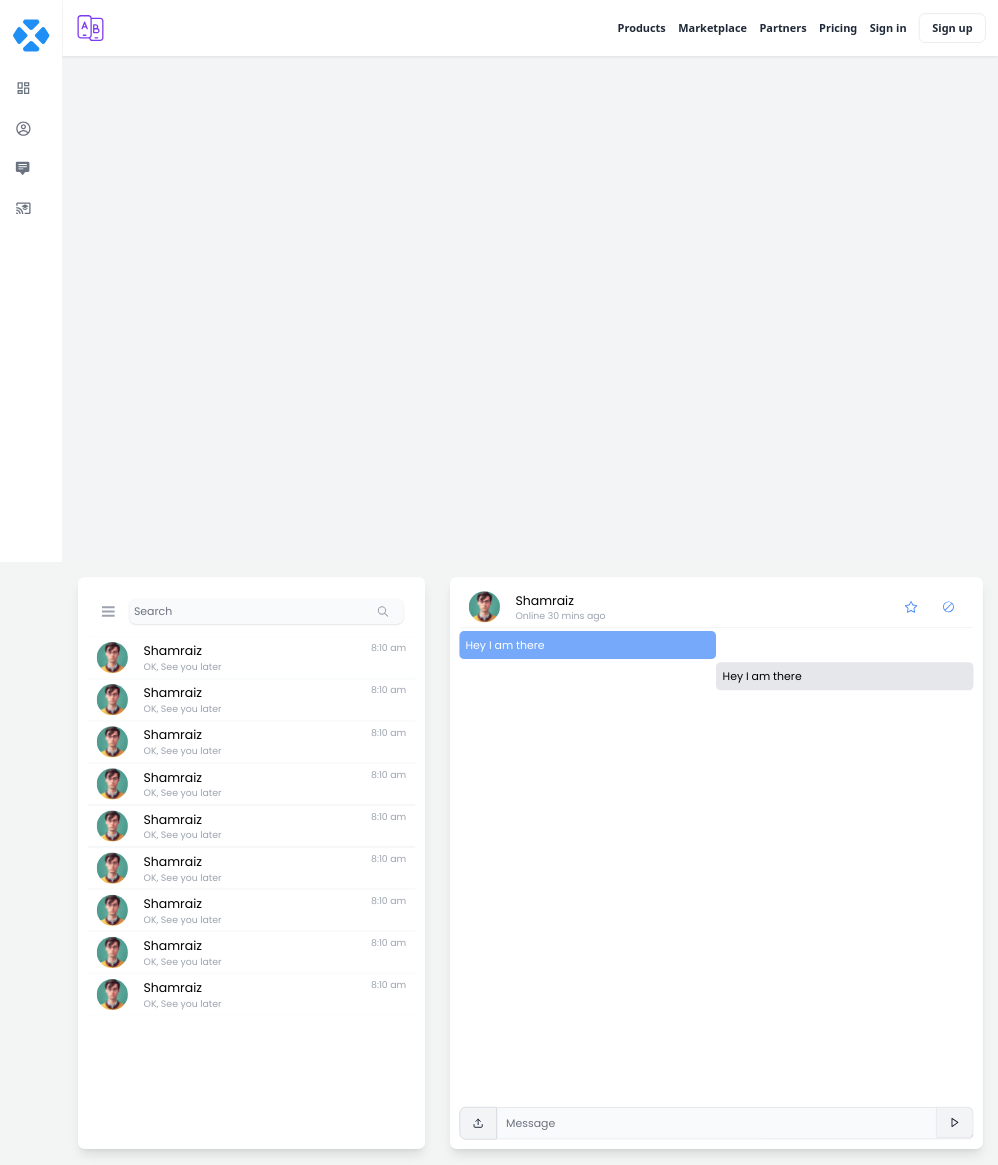
Repository: Shamraiz761/Frontend-Assessment
Page: /chat
The author's editor kept a copy of each file at every save. The page is drawn from the files as they stood at one save, then again after the next save.
The browser window is 1280 px wide. The pictures show the whole page, at 78% of full size.
The project was rebuilt for these pictures with package versions that can differ from the ones it lists, and the page was loaded fresh each time. Also part of the build but not shown: vite.config.js, src/routes/root.jsx, src/pages/orders/index.jsx, src/pages/submission/index.jsx, src/pages/admin/index.css, src/components/admin/card.jsx, src/components/admin/addCard.jsx, src/pages/admin/index.jsx and 3 more. Imported but missing from the stored project, and not drawn on this page: src/pages/auth/login, src/pages/tasks, src/routes/profileLayout.

Above is the page before, as saved 2023-07-06 13:47:08.

### src/main.jsx
import ReactDOM from 'react-dom/client'

import React from 'react'

import App from './App.jsx'
import './index.css'

ReactDOM.createRoot(document.getElementById('root')).render(
  <React.StrictMode>
    <App />
  </React.StrictMode>,
)

### src/App.jsx
import React from 'react'
import { DndProvider } from 'react-dnd'
import { HTML5Backend } from 'react-dnd-html5-backend'
import 'flowbite'

import AppRoutes from './routes'

export default function App() {
  return (
    <DndProvider backend={HTML5Backend}>
      <AppRoutes />
    </DndProvider>
  )
}

### src/index.css
@import url("https://fonts.googleapis.com/css2?family=Poppins:wght@400;500;600;700;800;900&display=swap");

@tailwind base;
@tailwind components;
@tailwind utilities;

* {
  margin: 0;
  padding: 0;
}

body {
  margin: 0;
  font-family: "Poppins", -apple-system, BlinkMacSystemFont, "Segoe UI",
    "Roboto", "Oxygen", "Ubuntu", "Cantarell", "Fira Sans", "Droid Sans",
    "Helvetica Neue", sans-serif;
  -webkit-font-smoothing: antialiased;
  -moz-osx-font-smoothing: grayscale;
  width: 100vw;
  overflow-x: hidden;
  background-color: #f2f5f3;
  /* background: linear-gradient(180deg, #faefe8 0%, #edc7ac 100%); */
}

code {
  font-family: source-code-pro, Menlo, Monaco, Consolas, "Courier New",
    monospace;
}

.pointer-cursor {
  cursor: pointer;
}

.cusBorder {
  border: 1px solid #000;
  border-radius: 5px;
}

img {
  cursor: pointer;
}
.errors {
  color: #dc3545;
  padding: 0;
  margin: 0;
  font-size: 12px;
}
.loader {
  position: fixed;
  top: 0;
  bottom: 0;
  left: 0;
  right: 0;
  background-color: rgba(47, 151, 161, 0.32);

  display: flex;
  justify-content: center;
  align-items: center;
}

.link {
  color: #000;
  cursor: pointer;
  text-decoration: none;
}
.link:hover {
  color: #000;
}

.trans-btn {
  background-color: transparent;
  border: none;
}
.profile-logout-btn {
  border: 0;
}
.profile-logout-btn:hover {
  border: 0;
}
.profile-btn {
  border-radius: 0;
  border: 0;
}
.logout-btn {
  border-radius: 0;
  border: 0;
}
.logout-btn:hover {
  background-color: rgba(220, 53, 69, 0.5);
  border: 0;
  color: #fff;
}
.breadcrumbs ul {
  list-style: none;
  display: inline-block;
}

.breadcrumbs ul li {
  display: inline;
}

.breadcrumbs ul li .bc-link {
  /* display: block; */
  width: max-content;
  background-color: #f8f9fa;
  padding: 6px 15px 6px 25px;
  text-align: center;
  position: relative;
  margin: 0 10px 0 0;
  font-size: 15px;
  text-decoration: none;
  color: #000;
}
.breadcrumbs ul li .bc-link::after {
  content: "";
  border-top: 17px solid transparent;
  border-bottom: 17px solid transparent;
  border-left: 17px solid #f8f9fa;
  position: absolute;
  top: 0;
  right: -17px;
  z-index: 1;
}
.breadcrumbs ul li .bc-link::before {
  content: "";
  border-top: 17px solid transparent;
  border-bottom: 17px solid transparent;
  border-left: 17px solid #71cdd5;
  position: absolute;
  top: 0;
  left: 0;
}
.breadcrumbs ul li:first-child .bc-link {
  border-top-left-radius: 5px;
  border-bottom-left-radius: 5px;
}
.breadcrumbs ul li:first-child .bc-link::before {
  display: none;
}

.breadcrumbs ul li:last-child .bc-link {
  padding-right: 20px;
  border-top-right-radius: 5px;
  border-bottom-right-radius: 5px;
}
.breadcrumbs ul li:last-child .bc-link::after {
  display: none;
}

@media screen and (max-width: 500px) {
  .breadcrumbs ul li .bc-link {
    /* display: block; */
    padding: 2px 2px 2px 13px;
    /* margin: 0 10px 0 0; */
    font-size: 14px;
  }

  .breadcrumbs ul li .bc-link::after {
    content: "";
    border-top: 11.6px solid transparent;
    border-bottom: 11.6px solid transparent;
    border-left: 11.6px solid #f8f9fa;
    position: absolute;
    top: 0;
    right: -11.6px;
    z-index: 1;
  }
  .breadcrumbs ul li .bc-link::before {
    content: "";
    border-top: 11.6px solid transparent;
    border-bottom: 11.6px solid transparent;
    border-left: 11.6px solid #71cdd5;
    position: absolute;
    top: 0;
    left: 0;
  }
  .breadcrumbs ul li:last-child .bc-link {
    padding-right: 5px;
  }
}

@media screen and (max-width: 350px) {
  .breadcrumbs ul li .bc-link {
    /* display: block; */
    padding: 2px 2px 2px 12px;
    /* margin: 0 10px 0 0; */
    font-size: 10px;
  }

  .breadcrumbs ul li .bc-link::after {
    content: "";
    border-top: 9px solid transparent;
    border-bottom: 9px solid transparent;
    border-left: 9px solid #f8f9fa;
    position: absolute;
    top: 0;
    right: -9px;
    z-index: 1;
  }
  .breadcrumbs ul li .bc-link::before {
    content: "";
    border-top: 9px solid transparent;
    border-bottom: 9px solid transparent;
    border-left: 9px solid #edc7ac;
    position: absolute;
    top: 0;
    left: 0;
  }
  .breadcrumbs ul li:last-child .bc-link {
    padding-right: 5px;
  }
}

/* ********************************************** */

### src/routes/index.jsx
import {
  createBrowserRouter,
  createRoutesFromElements,
  RouterProvider,
  Route,
} from "react-router-dom";

import * as React from "react";

import Layout from "./layout";
import Root from "./root";

import Login from "../pages/auth/login";
import Chat from "../pages/chat";
import UserChat from "../components/chat/userChat";
import ProfileLayout from "./profileLayout";
import Tasks from "../pages/tasks";
import Orders from "../pages/orders";
import Submission from "../pages/submission";
import Admin from "../pages/admin";
import MarketPlace from "../pages/marketplace";
import View from "../pages/view";

export default function AppRoutes() {
  const router = createBrowserRouter(
    createRoutesFromElements(
      <Route>
        <Route path="/login" element={<Login />} />

        <Route element={<Layout />}>
          <Route path="/chat" element={<Chat />}>
            <Route path="userchat" element={<UserChat />} />
          </Route>
          <Route path="/marketplace" element={<MarketPlace />} />
          <Route path="/view" element={<View />} />

          <Route path={"/"} element={<ProfileLayout />}>
            {/* Add Task order payment submit route here */}
            <Route path="/admin" element={<Admin />} />
            <Route path="/" element={<Tasks />} />
            <Route path="/orders" element={<Orders />} />
            <Route path="/tasks" element={<Tasks />} />
            <Route path="/submission" element={<Submission />} />
          </Route>
        </Route>
      </Route>
    )
  );

  return <RouterProvider router={router} />;
}

### src/pages/chat/index.jsx
import { VscThreeBars } from "react-icons/vsc";

import React from "react";

import UserChat from "../../components/chat/userChat";
import ChatsCard from "../../components/chat/chatsCard";

function Chat() {
  return (
    <div className="m-5 grid grid-cols-1 md:grid-cols-5  gap-8 flex-wrap">
      <div className="col-span-1 md:col-span-2 p-3 bg-white rounded-lg shadow-lg min-h-screen">
        <form className="m-4">
          <div className="flex items-center">
            <VscThreeBars className=" mr-4   rounded-lg text-gray-400 cursor-pointer text-2xl" />
            <div className="relative w-full  ">
              <input
                type="search"
                id='location-search"'
                className=" p-1.5 w-full focus:ring-gray-300  z-20 text-sm text-gray-200 bg-gray-50 shadow rounded-lg"
                placeholder="Search"
                required
                style={{ border: "none", outline: "none" }}
              />

              <button
                type="submit"
                className="absolute top-0 right-0 p-1.5 text-sm font-medium text-gray-400  rounded-r-lg   "
              >
                <svg
                  aria-hidden="true"
                  className="w-4 h-4 mr-3 mt-0.5"
                  fill="none"
                  stroke="currentColor"
                  viewBox="0 0 24 24"
                  xmlns="http://www.w3.org/2000/svg"
                >
                  <path
                    strokeLinecap="round"
                    strokeLinejoin="round"
                    strokeWidth={2}
                    d="M21 21l-6-6m2-5a7 7 0 11-14 0 7 7 0 0114 0z"
                  />
                </svg>
                <span className="sr-only">Search</span>
              </button>
            </div>
          </div>
        </form>
        <ChatsCard />
        <ChatsCard />
        <ChatsCard />
        <ChatsCard />
        <ChatsCard />
        <ChatsCard />
        <ChatsCard />
        <ChatsCard />
        <ChatsCard />
      </div>

      <UserChat />
    </div>
  );
}

export default Chat;

### src/components/chat/userChat.jsx
import { VscCircleSlash } from "react-icons/vsc";
import { BsStar } from "react-icons/bs";
import { FiUpload } from "react-icons/fi";
import { BiRightArrow } from "react-icons/bi";

import React from "react";

import Profile from "../../assets/images/profilePic.jpg";

function UserChat() {
  return (
    <div className="col-span-1 md:col-span-3 p-3  bg-white rounded-lg shadow-lg overflow-y">
      {" "}
      <div className="flex flex-row  px-3 py-1.5  border-b border-gray-100 rounded-sm ">
        <img src={Profile} className="h-10 w-10 rounded-full" />
        <div className="ml-5 flex flex-row justify-between w-full ">
          <div>
            {" "}
            <h1>Shamraiz</h1>{" "}
            <p className="text-xs font-thin text-gray-400">
              Online 30 mins ago
            </p>
          </div>
          <div className="flex flex-row items-center">
            <BsStar className="text-blue-500 mr-8" />
            <VscCircleSlash className="text-blue-500 mr-3" />
          </div>
        </div>
      </div>
      <div className="chats ">
        <p className="text-sm bg-blue-400 rounded-md my-1 p-2 text-white flex flex-col  justify-end w-1/2">
          Hey I am there
        </p>

        <p className="text-sm bg-gray-200 rounded-md p-2  flex flex-col float-right justify-end w-1/2">
          Hey I am there
        </p>
      </div>
      <div
        className="flex flex-col w-full  justify-end "
        style={{ height: "80vh" }}
      >
        <form className=" ">
          <div className="flex">
            <button
              id="dropdown-button"
              data-dropdown-toggle="dropdown"
              className="flex-shrink-0 z-10 inline-flex items-center py-2.5 px-4 text-sm font-medium text-center text-gray-900 bg-gray-100 border border-gray-300 dark:border-gray-700 dark:text-white rounded-l-lg hover:bg-gray-200  focus:outline-none "
              type="button"
            >
              <FiUpload />
            </button>
            <div
              id="dropdown"
              className="z-10 hidden bg-white divide-y divide-gray-100 rounded-lg shadow w-44 dark:bg-gray-700"
            >
              <ul
                className="py-2 text-sm text-gray-700 dark:text-gray-200"
                aria-labelledby="dropdown-button"
              >
                <li>
                  <a
                    href="#"
                    className="block px-4 py-2 hover:bg-gray-100 dark:hover:bg-gray-600 dark:hover:text-white"
                  >
                    Photo
                  </a>
                </li>
                <li>
                  <a
                    href="#"
                    className="block px-4 py-2 hover:bg-gray-100 dark:hover:bg-gray-600 dark:hover:text-white"
                  >
                    Vedio
                  </a>
                </li>
                <li>
                  <a
                    href="#"
                    className="block px-4 py-2 hover:bg-gray-100 dark:hover:bg-gray-600 dark:hover:text-white"
                  >
                    Document
                  </a>
                </li>
                <li>
                  <a
                    href="#"
                    className="block px-4 py-2 hover:bg-gray-100 dark:hover:bg-gray-600 dark:hover:text-white"
                  >
                    Finance
                  </a>
                </li>
              </ul>
            </div>
            <div className="relative w-full">
              <input
                type="search"
                id="search-dropdown"
                className="block p-2.5 w-full z-20 text-sm text-gray-900 bg-gray-50 rounded-r-lg border-l-gray-100 border-l-2 border border-gray-300 focus:ring-blue-500 focus:border-blue-500 dark:bg-gray-700 dark:border-gray-600 dark:placeholder-gray-400 dark:text-white dark:focus:border-blue-500"
                placeholder="Message"
              />
              <button
                type="submit"
                className="absolute top-0 right-0 z-10 py-3 px-4 text-sm font-medium text-gray-900 bg-gray-100 rounded-r-lg border "
              >
                <BiRightArrow />
              </button>
            </div>
          </div>
        </form>
      </div>
    </div>
  );
}

export default UserChat;

### src/routes/index.css
.sidebar {
    transition: all 0.2s ease-in;
}
.hidden-link {
    transition: all 1s ease-in;
}

### src/components/header/index.jsx
import { IoIosNotifications } from "react-icons/io";
import { Dropdown } from "flowbite-react";
import { CgProfile } from "react-icons/cg";

import React from "react";
import { Link } from "react-router-dom";

function Header() {
  const [notification, setNotification] = React.useState(false);
  const [profile, setProfile] = React.useState(false);

  return (
    <div>
      {/* component */}

      <div class="bg-gray-100 font-sans w-full min-h-screen m-0">
        <div class="bg-white shadow">
          <div class="container mx-auto px-4">
            <div class="flex items-center justify-between py-4">
              <div>
                <svg
                  xmlns="http://www.w3.org/2000/svg"
                  class="w-10 h-10 text-purple-600"
                  viewBox="0 0 24 24"
                >
                  <path
                    fill="currentColor"
                    d="M14.5,16 C14.2238576,16 14,15.7761424 14,15.5 L14,9.5 C14,9.22385763 14.2238576,9 14.5,9 L16,9 C17.1045695,9 18,9.8954305 18,11 C18,11.4116588 17.8756286,11.7942691 17.6624114,12.1123052 C18.4414283,12.3856578 19,13.1275982 19,14 C19,15.1045695 18.1045695,16 17,16 L14.5,16 Z M15,15 L17,15 C17.5522847,15 18,14.5522847 18,14 C18,13.4477153 17.5522847,13 17,13 L15,13 L15,15 Z M15,12 L16,12 C16.5522847,12 17,11.5522847 17,11 C17,10.4477153 16.5522847,10 16,10 L15,10 L15,12 Z M12.9499909,4 L19.5,4 C20.8807119,4 22,5.11928813 22,6.5 L22,19.5 C22,20.8807119 20.8807119,22 19.5,22 L13.5,22 C12.2700325,22 11.2475211,21.1117749 11.0389093,19.9417682 C10.8653433,19.9799013 10.6850188,20 10.5,20 L4.5,20 C3.11928813,20 2,18.8807119 2,17.5 L2,4.5 C2,3.11928813 3.11928813,2 4.5,2 L10.5,2 C11.709479,2 12.7183558,2.85887984 12.9499909,4 Z M13,5 L13,17.5 C13,18.3179089 12.6072234,19.0440799 12,19.5001831 C12.0000989,20.3285261 12.6716339,21 13.5,21 L19.5,21 C20.3284271,21 21,20.3284271 21,19.5 L21,6.5 C21,5.67157288 20.3284271,5 19.5,5 L13,5 Z M8.56005566,11.4964303 C8.54036595,11.4987873 8.52032459,11.5 8.5,11.5 L6.5,11.5 C6.47967541,11.5 6.45963405,11.4987873 6.43994434,11.4964303 L5.96423835,12.6856953 C5.86168164,12.9420871 5.57069642,13.066795 5.31430466,12.9642383 C5.0579129,12.8616816 4.93320495,12.5706964 5.03576165,12.3143047 L7.03576165,7.31430466 C7.20339081,6.89523178 7.79660919,6.89523178 7.96423835,7.31430466 L9.96423835,12.3143047 C10.066795,12.5706964 9.9420871,12.8616816 9.68569534,12.9642383 C9.42930358,13.066795 9.13831836,12.9420871 9.03576165,12.6856953 L8.56005566,11.4964303 Z M8.16148352,10.5 L7.5,8.8462912 L6.83851648,10.5 L8.16148352,10.5 Z M10.5,3 L4.5,3 C3.67157288,3 3,3.67157288 3,4.5 L3,17.5 C3,18.3284271 3.67157288,19 4.5,19 L10.5,19 C11.3284271,19 12,18.3284271 12,17.5 L12,4.5 C12,3.67157288 11.3284271,3 10.5,3 Z M6.5,18 C6.22385763,18 6,17.7761424 6,17.5 C6,17.2238576 6.22385763,17 6.5,17 L8.5,17 C8.77614237,17 9,17.2238576 9,17.5 C9,17.7761424 8.77614237,18 8.5,18 L6.5,18 Z M15.5,20 C15.2238576,20 15,19.7761424 15,19.5 C15,19.2238576 15.2238576,19 15.5,19 L17.5,19 C17.7761424,19 18,19.2238576 18,19.5 C18,19.7761424 17.7761424,20 17.5,20 L15.5,20 Z"
                  />
                </svg>
              </div>

              <div className="flex flex-row">
                <div class="hidden sm:flex sm:items-center mr-4">
                  <a
                    href="#"
                    class="text-gray-800 text-sm font-semibold hover:text-purple-600 mr-4"
                  >
                    Products
                  </a>
                  <a
                    href="#"
                    class="text-gray-800 text-sm font-semibold hover:text-purple-600 mr-4"
                  >
                    Marketplace
                  </a>
                  <a
                    href="#"
                    class="text-gray-800 text-sm font-semibold hover:text-purple-600 mr-4"
                  >
                    Partners
                  </a>
                  <a
                    href="#"
                    class="text-gray-800 text-sm font-semibold hover:text-purple-600"
                  >
                    Pricing
                  </a>
                </div>

                <div class="hidden sm:flex sm:items-center">
                  <a
                    href="#"
                    class="text-gray-800 text-sm font-semibold hover:text-purple-600 mr-4"
                  >
                    Sign in
                  </a>
                  <a
                    href="#"
                    class="text-gray-800 text-sm font-semibold border px-4 py-2 rounded-lg hover:text-purple-600 hover:border-purple-600"
                  >
                    Sign up
                  </a>
                </div>
              </div>
              <div class="sm:hidden cursor-pointer">
                <svg
                  xmlns="http://www.w3.org/2000/svg"
                  class="w-6 h-6 text-purple-600"
                  viewBox="0 0 24 24"
                >
                  <path
                    fill="currentColor"
                    d="M12.9499909,17 C12.7183558,18.1411202 11.709479,19 10.5,19 C9.29052104,19 8.28164422,18.1411202 8.05000906,17 L3.5,17 C3.22385763,17 3,16.7761424 3,16.5 C3,16.2238576 3.22385763,16 3.5,16 L8.05000906,16 C8.28164422,14.8588798 9.29052104,14 10.5,14 C11.709479,14 12.7183558,14.8588798 12.9499909,16 L20.5,16 C20.7761424,16 21,16.2238576 21,16.5 C21,16.7761424 20.7761424,17 20.5,17 L12.9499909,17 Z M18.9499909,12 C18.7183558,13.1411202 17.709479,14 16.5,14 C15.290521,14 14.2816442,13.1411202 14.0500091,12 L3.5,12 C3.22385763,12 3,11.7761424 3,11.5 C3,11.2238576 3.22385763,11 3.5,11 L14.0500091,11 C14.2816442,9.85887984 15.290521,9 16.5,9 C17.709479,9 18.7183558,9.85887984 18.9499909,11 L20.5,11 C20.7761424,11 21,11.2238576 21,11.5 C21,11.7761424 20.7761424,12 20.5,12 L18.9499909,12 Z M9.94999094,7 C9.71835578,8.14112016 8.70947896,9 7.5,9 C6.29052104,9 5.28164422,8.14112016 5.05000906,7 L3.5,7 C3.22385763,7 3,6.77614237 3,6.5 C3,6.22385763 3.22385763,6 3.5,6 L5.05000906,6 C5.28164422,4.85887984 6.29052104,4 7.5,4 C8.70947896,4 9.71835578,4.85887984 9.94999094,6 L20.5,6 C20.7761424,6 21,6.22385763 21,6.5 C21,6.77614237 20.7761424,7 20.5,7 L9.94999094,7 Z M7.5,8 C8.32842712,8 9,7.32842712 9,6.5 C9,5.67157288 8.32842712,5 7.5,5 C6.67157288,5 6,5.67157288 6,6.5 C6,7.32842712 6.67157288,8 7.5,8 Z M16.5,13 C17.3284271,13 18,12.3284271 18,11.5 C18,10.6715729 17.3284271,10 16.5,10 C15.6715729,10 15,10.6715729 15,11.5 C15,12.3284271 15.6715729,13 16.5,13 Z M10.5,18 C11.3284271,18 12,17.3284271 12,16.5 C12,15.6715729 11.3284271,15 10.5,15 C9.67157288,15 9,15.6715729 9,16.5 C9,17.3284271 9.67157288,18 10.5,18 Z"
                  />
                </svg>
              </div>
            </div>

            <div class="block sm:hidden bg-white border-t-2 py-2">
              <div class="flex flex-col">
                <a
                  href="#"
                  class="text-gray-800 text-sm font-semibold hover:text-purple-600 mb-1"
                >
                  Products
                </a>
                <a
                  href="#"
                  class="text-gray-800 text-sm font-semibold hover:text-purple-600 mb-1"
                >
                  Marketplace
                </a>
                <a
                  href="#"
                  class="text-gray-800 text-sm font-semibold hover:text-purple-600 mb-1"
                >
                  Partners
                </a>
                <a
                  href="#"
                  class="text-gray-800 text-sm font-semibold hover:text-purple-600 mb-1"
                >
                  Pricing
                </a>
                <div class="flex justify-between items-center border-t-2 pt-2">
                  <a
                    href="#"
                    class="text-gray-800 text-sm font-semibold hover:text-purple-600 mr-4"
                  >
                    Sign in
                  </a>
                  <a
                    href="#"
                    class="text-gray-800 text-sm font-semibold border px-4 py-1 rounded-lg hover:text-purple-600 hover:border-purple-600"
                  >
                    Sign up
                  </a>
                </div>
              </div>
            </div>
          </div>
        </div>
      </div>
    </div>
  );
}

export default Header;

### src/components/chat/chatsCard.jsx
import React from "react";

import Profile from "../../assets/images/profilePic.jpg";

function ChatsCard() {
  return (
    <div className="flex flex-row px-3 py-1.5  border-y border-gray-100 rounded-sm hover:bg-blue-200">
      <img src={Profile} className="h-10 w-10 rounded-full" />
      <div className="ml-5 flex flex-row justify-between w-full ">
        <div>
          {" "}
          <h1>Shamraiz</h1>{" "}
          <p className="text-xs font-thin text-gray-400">OK, See you later</p>
        </div>
        <p className="text-xs font-thin text-gray-400">8:10 am</p>
      </div>
    </div>
  );
}

export default ChatsCard;

### tailwind.config.cjs
const colors = require('tailwindcss/colors');
const defaultTheme = require('tailwindcss/defaultTheme');

module.exports = {
  content: ['./src/**/*.{js,jsx,ts,tsx}', "node_modules/flowbite/**/*.js"],
  theme: {
    extend: {
      colors: {
        // set primary color from figma
        // primary: {
        // },
      },
      fontFamily: {
        poppins: ['Poppins', ...defaultTheme.fontFamily.sans],
      },
      fontSize: {
        xxs: '0.5rem',
      },
    },
  },
  plugins: [
    require('flowbite/plugin')
  ],

};

Loaded but not shown: index.html (common file); src/routes/layout.jsx (133 lines, source omitted)

After the next save:
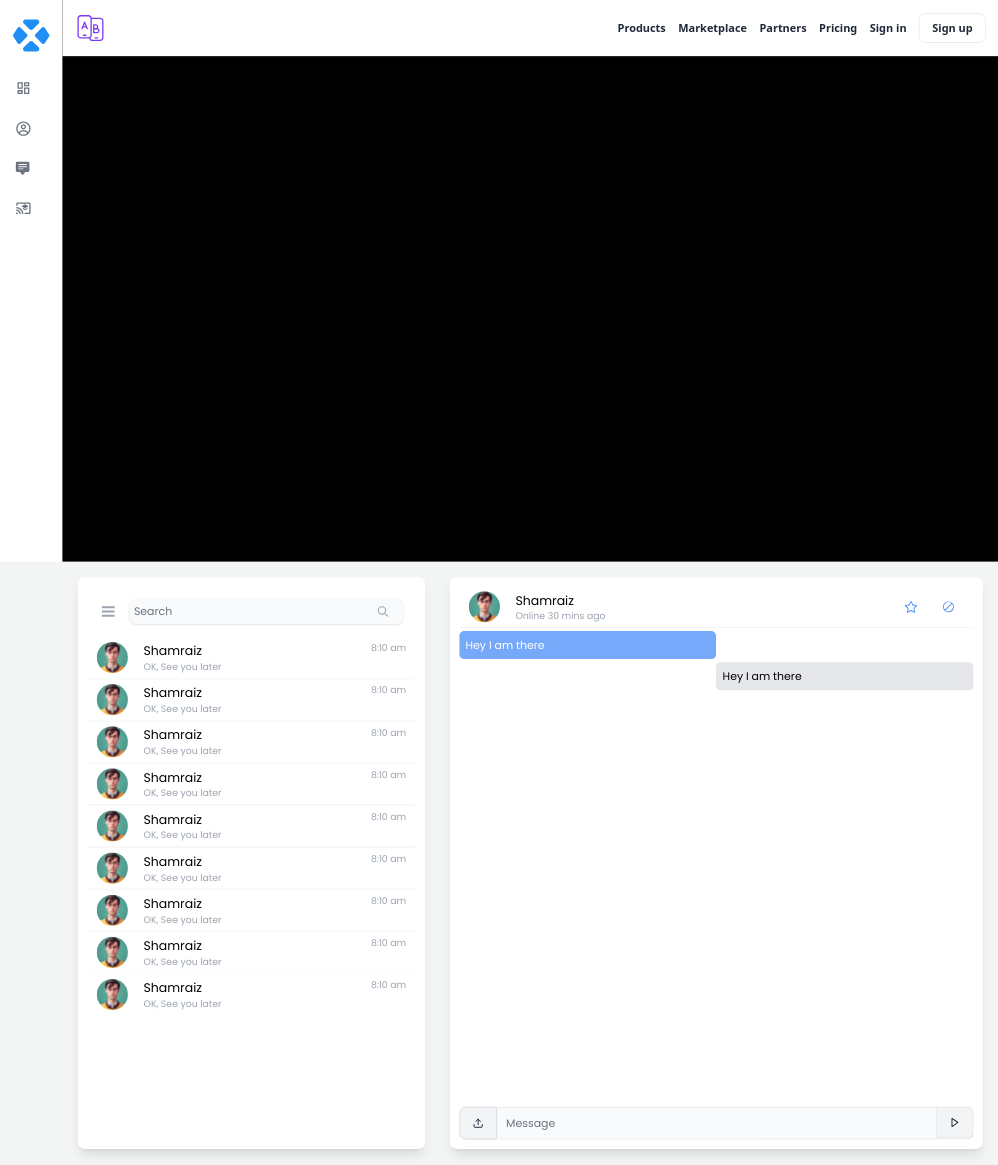
Saved 87 s later.
--- a/src/components/header/index.jsx
+++ b/src/components/header/index.jsx
@@ -13,7 +13,7 @@ function Header() {
     <div>
       {/* component */}
 
-      <div class="bg-gray-100 font-sans w-full min-h-screen m-0">
+      <div class="bg-black text-gray-100 font-sans w-full min-h-screen m-0">
         <div class="bg-white shadow">
           <div class="container mx-auto px-4">
             <div class="flex items-center justify-between py-4">
